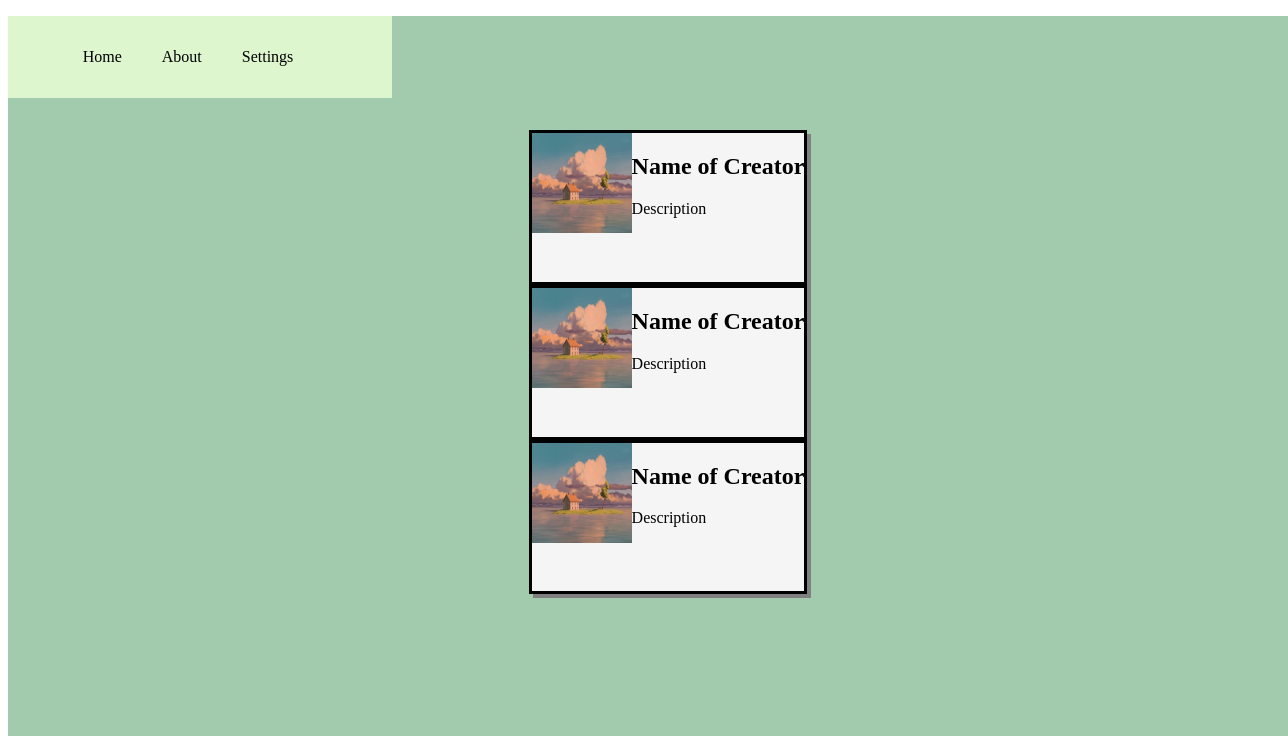
Repository: k8ANStar/Questify
Page: /About
These files come from the project's save history. The page is drawn as it stood at one moment and after the next save; the edit follows.
The browser window is 1280 px wide. The page is 1288 px wide, so the pictures cover 1288 px, including what lies to the right of the window. The pictures show the whole page.
The project was rebuilt for these pictures with package versions that can differ from the ones it lists, and the page was loaded fresh each time. The framework's server and built-in components were replaced by stand-ins that run in the browser. Also part of the build but not shown: next.config.mjs.

Above is the page before, as saved 2024-03-24 22:14:45.

After the next save:
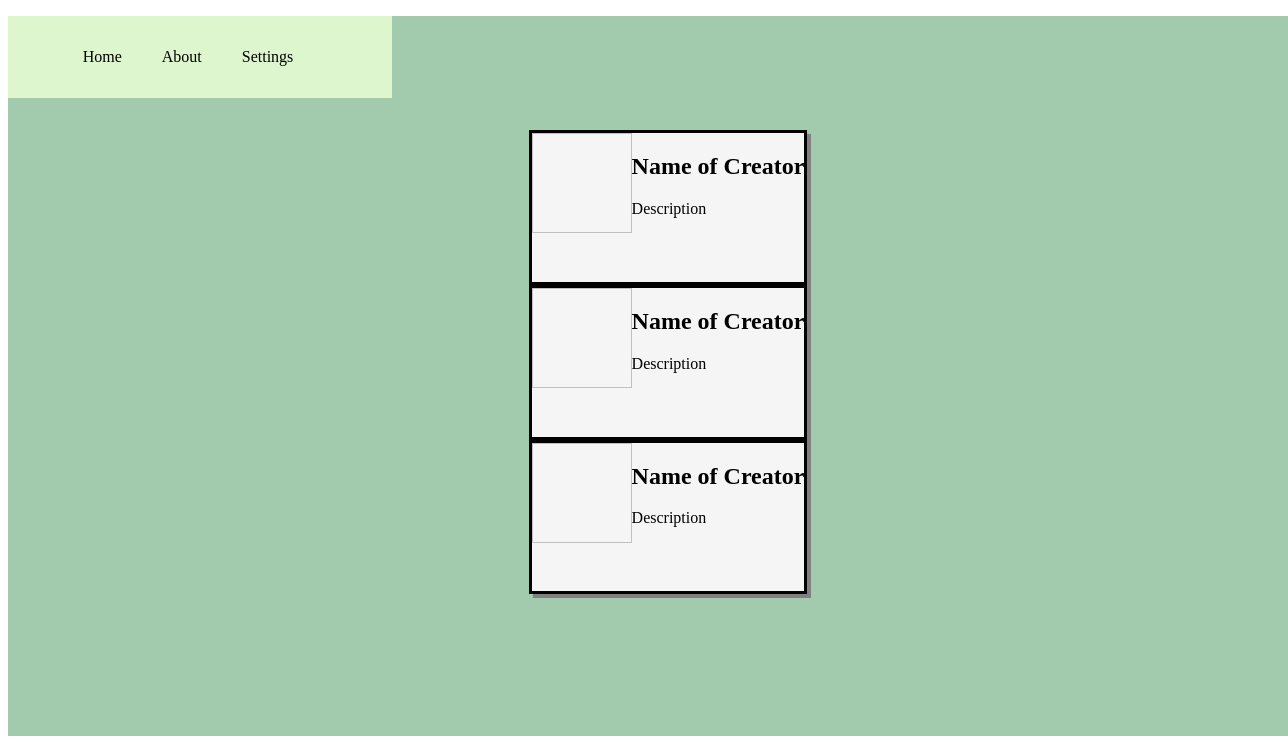
Saved 34 s later.
--- a/components/Card/index.js
+++ b/components/Card/index.js
@@ -5,7 +5,7 @@
 	return (
 		<div>
 			<section className={styles.cardContainer}>
-				<Image src="/images/image1.jpeg" width={100} height={100} />
+				<Image classNamesrc="/images/image1.jpeg" width={100} height={100} />
 				<div>
 					<h2>Name of Creator</h2>
 					<p>Description</p>

After the 5 saves that followed:
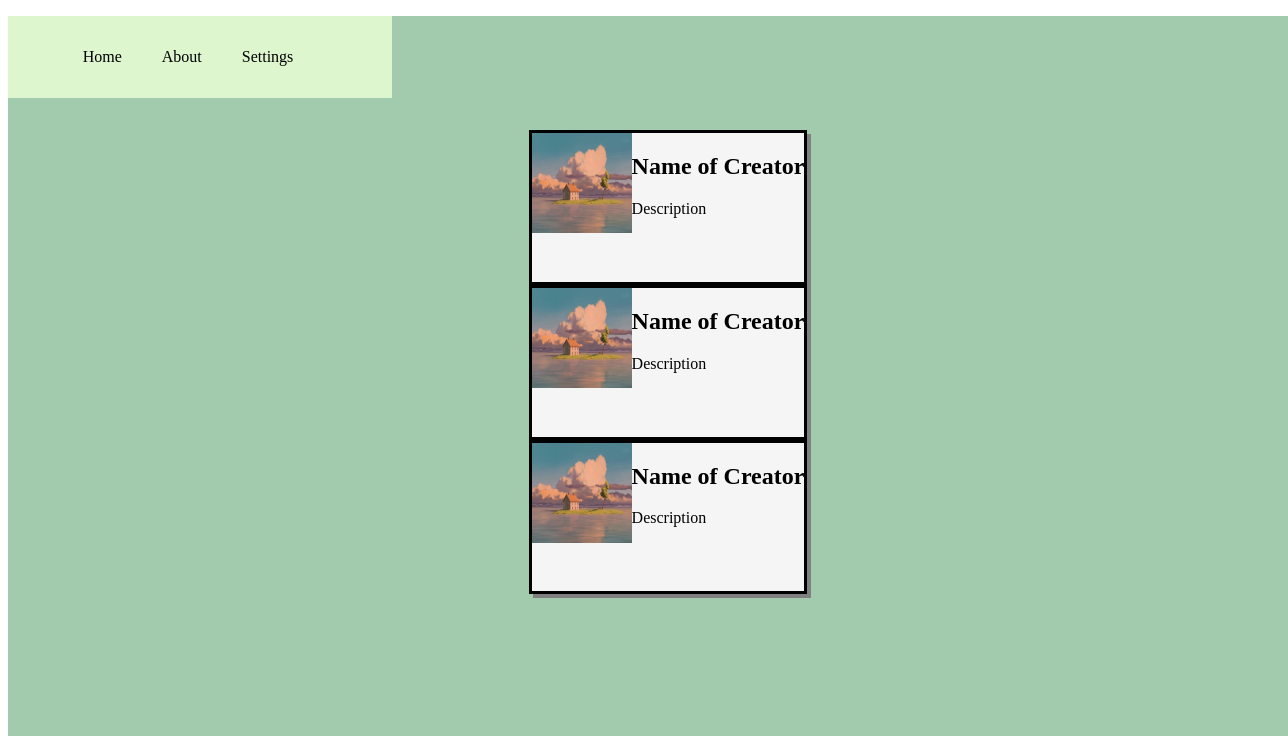
The 5 saves are shown as one change because 1 did not build or start and some came seconds apart.
The last was saved 22 s later.
--- a/components/Card/index.js
+++ b/components/Card/index.js
@@ -5,7 +5,12 @@
 	return (
 		<div>
 			<section className={styles.cardContainer}>
-				<Image classNamesrc="/images/image1.jpeg" width={100} height={100} />
+				<Image
+					className={styles.image}
+					src="/images/image1.jpeg"
+					width={100}
+					height={100}
+				/>
 				<div>
 					<h2>Name of Creator</h2>
 					<p>Description</p>
